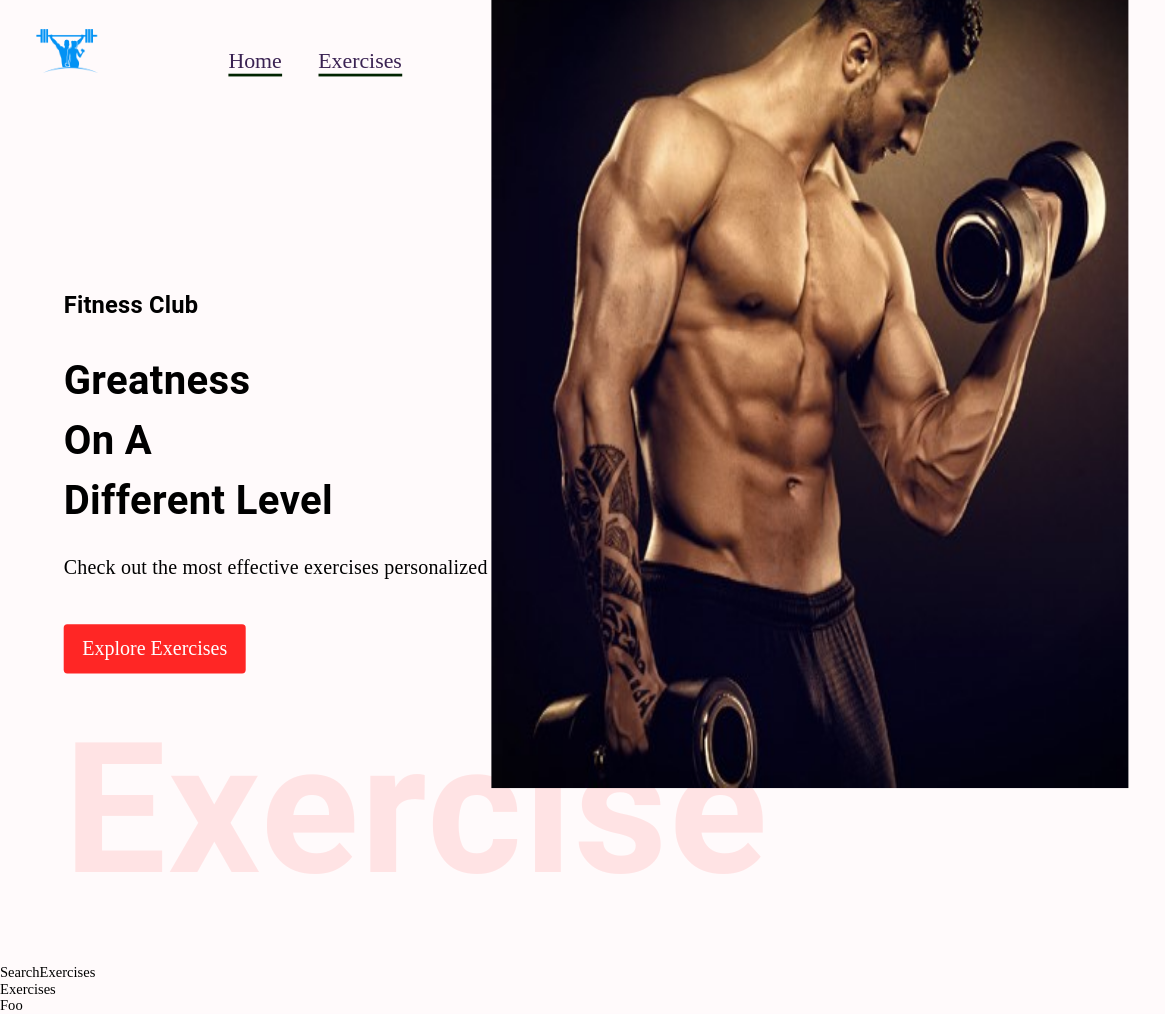
Repository: MhlengiNgubane/Workout-App
Page: /
The author's editor kept a copy of each file at every save. The page is drawn from the files as they stood at one save, then again after a run of saves.
The browser window is 1280 px wide. The pictures show the whole page, at 91% of full size.
The project was rebuilt for these pictures with package versions that can differ from the ones it lists, and the page was loaded fresh each time. Also part of the build but not shown: src/pages/ExerciseDetail.js.

Above is the page before, as saved 2022-07-31 20:14:34.

After the next 3 saves:
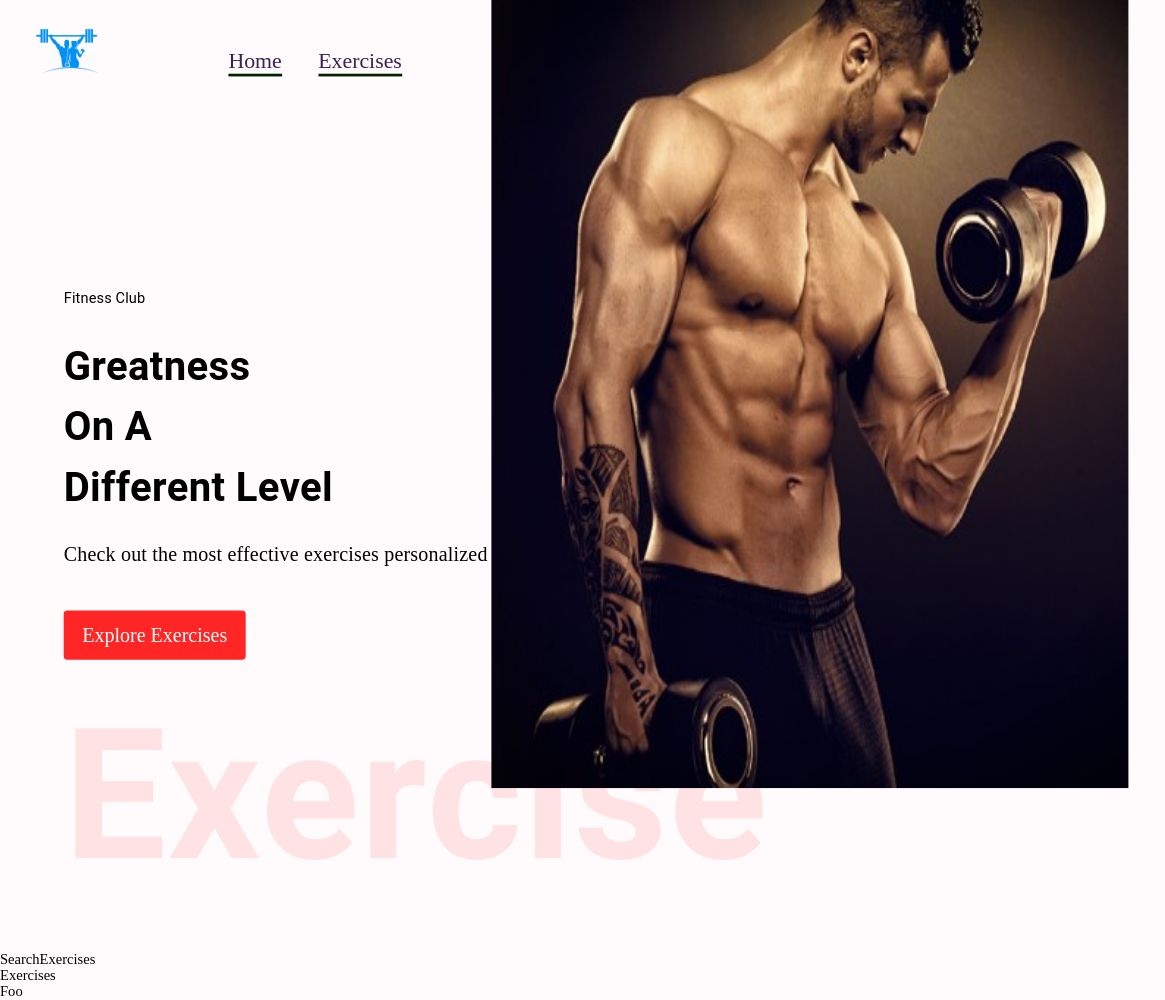
The 3 saves are shown as one change because they came seconds apart.
The last was saved 10 s later.
--- a/src/components/HeroBanner.js
+++ b/src/components/HeroBanner.js
@@ -4,7 +4,7 @@
 
 const HeroBanner = () => (
   <Box sx={{ mt: { lg: '212px', xs: '70px' }, ml: { sm: '50px' } }} position="relative" p="20px">
-    <Typography color="color: '#3A2252'" fontWeight="600" fontSize="26px">Fitness Club</Typography>
+    <Typography color="#3A2252'" fontWeight="600" fontSize="26px">Fitness Club</Typography>
     <Typography fontWeight={700} sx={{ fontSize: { lg: '44px', xs: '40px' } }} mb="23px" mt="30px">
       Greatness <br /> On A <br />
       Different Level

After the save that followed:
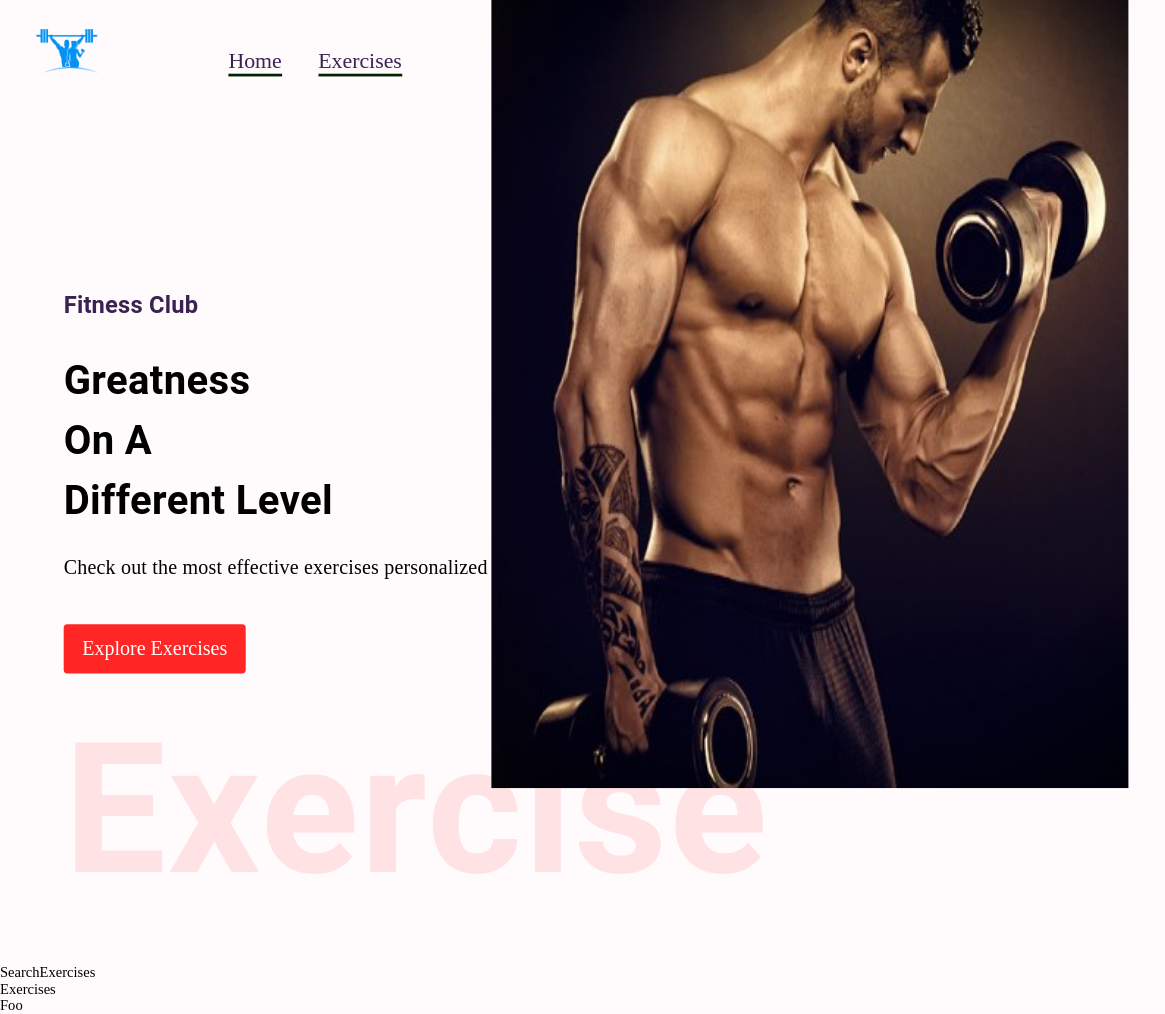
Saved 4 s later.
--- a/src/components/HeroBanner.js
+++ b/src/components/HeroBanner.js
@@ -4,7 +4,7 @@
 
 const HeroBanner = () => (
   <Box sx={{ mt: { lg: '212px', xs: '70px' }, ml: { sm: '50px' } }} position="relative" p="20px">
-    <Typography color="#3A2252'" fontWeight="600" fontSize="26px">Fitness Club</Typography>
+    <Typography color="#3A2252" fontWeight="600" fontSize="26px">Fitness Club</Typography>
     <Typography fontWeight={700} sx={{ fontSize: { lg: '44px', xs: '40px' } }} mb="23px" mt="30px">
       Greatness <br /> On A <br />
       Different Level
